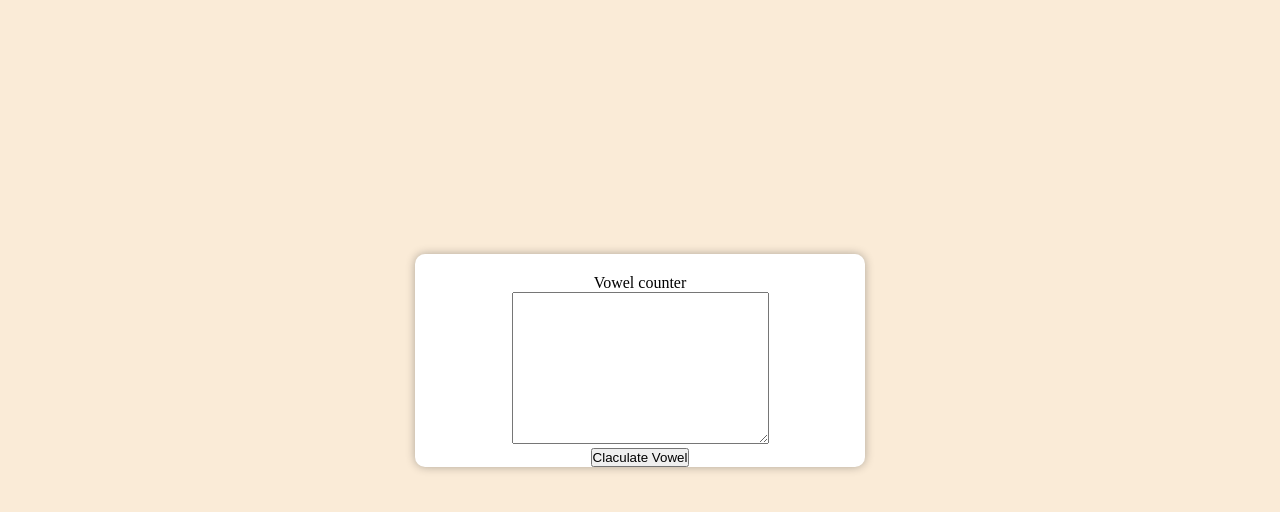
Repository: JunaidAnsari202/Vowel-counter
Page: index.html
These files come from the project's save history. The page is drawn as it stood at one moment and after a run of saves; the edit follows.
The browser window is 1280 px wide. The pictures show the whole page.

Above is the page before, as saved 2024-10-17 11:40:29.

### index.html
<!DOCTYPE html>
<html lang="en">
<head>
    <meta charset="UTF-8">
    <meta name="viewport" content="width=device-width, initial-scale=1.0">
    <title>Vowel counter</title>
    <link rel="stylesheet" href="style.css">
</head>
<body>
    <div class="container">
        <div class="header">Vowel counter</div>
        <div class="textarea">
            <textarea name="vowelinput" id="textarea" rows="10" cols="30"></textarea>
        </div>
        <div class="count">
            <button id="count">Claculate Vowel</button>
        </div>
        <div class="output"></div>
    </div>
    <script src="script.js"></script>
</body>
</html>

### style.css
*{
    margin: 0;
    padding: 0;
    box-sizing: border-box;
}

body{
    background-color: antiquewhite;
    display: flex;
    justify-content: center;
    align-items: center;
    height: 100vh;

}

.container{
    width: 450px;
    text-align: center;
    background-color: white;
    border-radius: 10px;
    box-shadow: 0 0 10px rgba(0,0,0,0.3);
}

.header{
    margin-top: 10px;
    padding-top: 10px;
}

.textarea{
    width:100
}

Loaded but not shown: script.js (no copy from this time; the picture is the same without it)

After the next 19 saves:
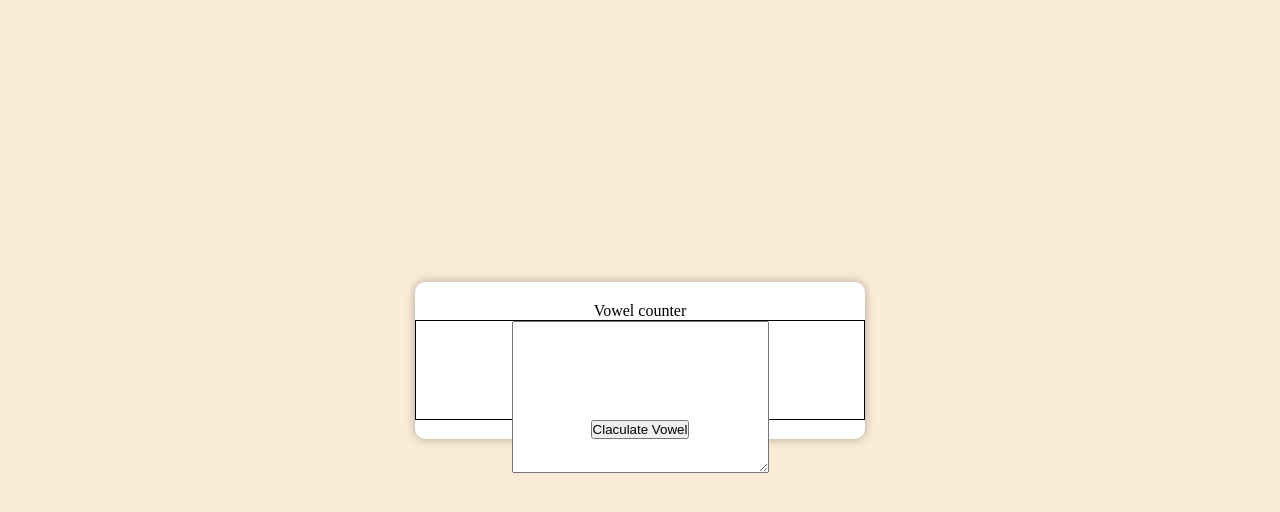
The 19 saves are shown as one change because they came seconds apart.
The last was saved 34 s later.
--- a/style.css
+++ b/style.css
@@ -27,5 +27,7 @@
 }
 
 .textarea{
-    width:100
+    width:100%;
+    height: 100px;
+    border: 1px solid black;
 }
